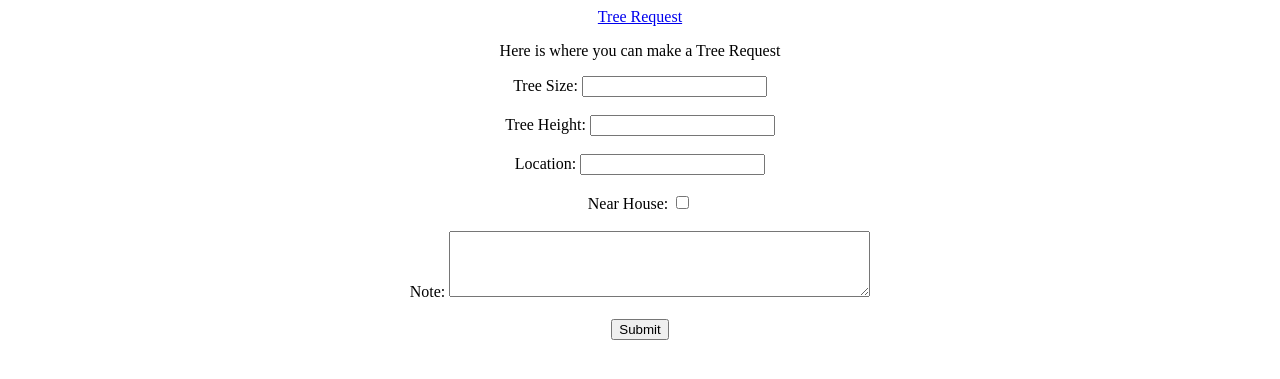
Repository: jrule5960/Tree-Cutting-Database
Page: http://localhost/database/processTreeRequest.jsp
An editor plug-in stored every save of this project. The page is shown before and after the next save, followed by the edit.
The browser window is 1280 px wide. The pictures show the whole page.
The page is served by Tomcat 9.

Above is the page before, as saved 2023-11-06 21:30:11.

After the next save:
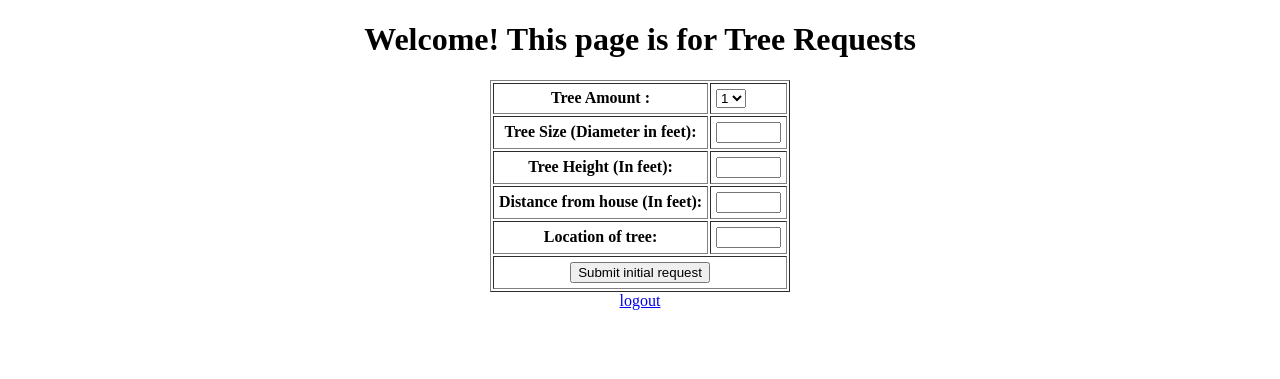
Saved 6 s later.
--- a/database/WebContent/processTreeRequest.jsp
+++ b/database/WebContent/processTreeRequest.jsp
@@ -1,38 +1,78 @@
-<%@ page language="java" contentType="text/html; charset=ISO-8859-1" pageEncoding="ISO-8859-1" %>
+<%@ page language="java" contentType="text/html; charset=ISO-8859-1"
+    pageEncoding="ISO-8859-1"%>
 <%@ taglib uri="http://java.sun.com/jsp/jstl/core" prefix="c" %>
+
 <!DOCTYPE html>
 <html>
 <head>
-    <meta charset="ISO-8859-1">
-    <title>Client page</title>
+<meta charset="ISO-8859-1">
+<title>Process Tree page</title>
 </head>
-<body>
+
+<center><h1>Welcome! This page is for Tree Requests</h1> </center>
+
+	<center>
+	</center>
 
 
-    <center>
 
-    			<a href="processTreeRequest.jsp" target="_self">Tree Request</a>
+	<form action = "DavidSmithView.jsp" method = "post">
+	<center>
 
-            <p>Here is where you can make a Tree Request</p>
+		<table border="1" cellpadding="5">
+		<tr>
+			<th> Tree Amount : </th>
+			<td>
+			<select name= "tree_amt">
+				<option value ="1"> 1  </option>
+				<option value ="2"> 2  </option>
+				<option value ="3"> 3  </option>
+			</select>
+			</td>
+		</tr>
 
-        <form action="processTreeRequest.jsp" method="post">
-            <label for="treeSize">Tree Size:</label>
-            <input type="number" name="treeSize" required><br><br>
+		<tr>
+			<th> Tree Size (Diameter in feet): </th>
+			<td align="center" colspan="8">
+			<input type = "text" name = "tree_size" size = "5">
+			</td>
+		</tr>
 
-            <label for="treeHeight">Tree Height:</label>
-            <input type="number" name="treeHeight" required><br><br>
+		<tr>
+			<th> Tree Height (In feet): </th>
+			<td align="center" colspan="8">
+			<input type = "text" name = "tree_height" size = "5">
+			</td>
+		</tr>
 
-            <label for="location">Location:</label>
-            <input type="text" name="location" required><br><br>
+		<tr>
+			<th> Distance from house (In feet): </th>
+			<td align="center" colspan="8">
+			<input type = "text" name = "tree_distance" size = "5">
+			</td>
+		</tr>
 
-            <label for="nearHouse">Near House:</label>
-            <input type="checkbox" name="nearHouse"><br><br>
+		<tr>
+			<th> Location of tree: </th>
+			<td align="center" colspan="8">
+			<input type = "text" name = "tree_location" size = "5">
+			</td>
+		</tr>
 
-            <label for="note">Note:</label>
-            <textarea name="note" rows="4" cols="50"></textarea><br><br>
+		<tr>
+			<td align="center" colspan="8">
+			<input type = "submit" value = "Submit initial request">
+			</td>
+		</tr>
+		</center>
 
-            <input type="submit" value="Submit">
-        </form>
-    </center>
-</body>
+		</table>
+	</form>
+
+
+	<body>
+	 <center>
+		 <a href="login.jsp"target ="_self" > logout</a><br><br>
+		 </center>
+	</body>
 </html>
